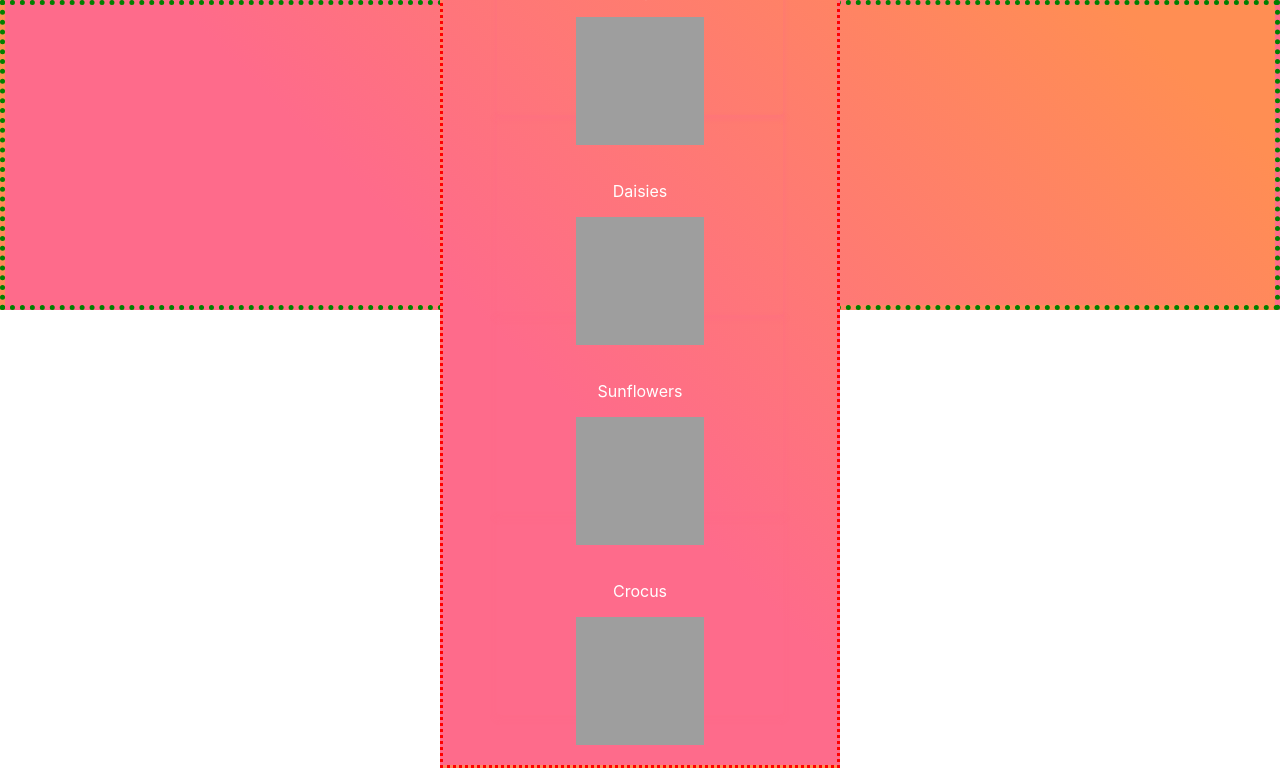
Repository: DevLuDaley/react-flower-shop
Page: /
These files come from the project's save history. The page is drawn as it stood at one moment and after the next save; the edit follows.
The browser window is 1280 px wide. The pictures show the whole page.
Pictures or frames that could not be fetched are drawn as grey boxes. The project was rebuilt for these pictures with package versions that can differ from the ones it lists, and the page was loaded fresh each time.

Above is the page before, as saved 2021-02-19 22:11:35.

After the next save:
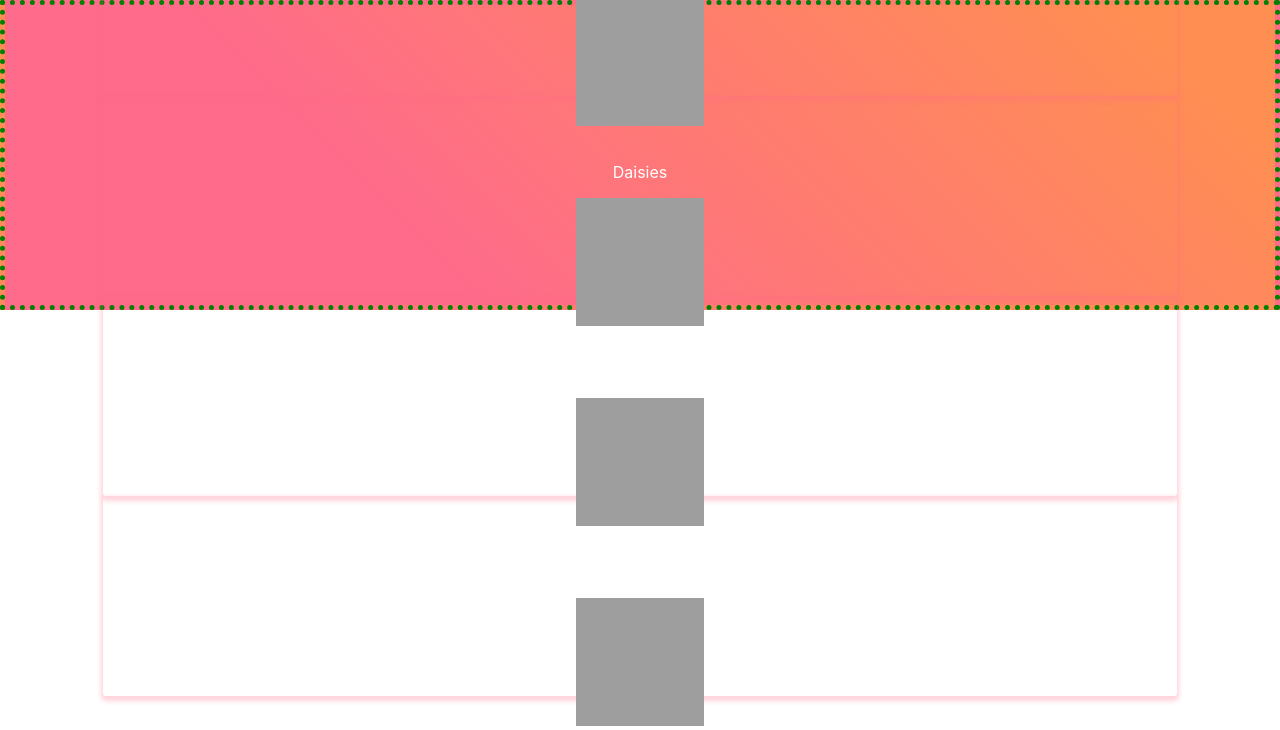
Saved 95 s later.
--- a/src/Containers/FlowersContainer.js
+++ b/src/Containers/FlowersContainer.js
@@ -33,9 +33,9 @@
     return (
 
         <Grid>
-            <Container className={classes.root}>
+            {/* <Container className={classes.root}> */}
                 <FlowerGallery/>
-            </Container>
+            {/* </Container> */}
         </Grid>
 
 

After the save that followed:
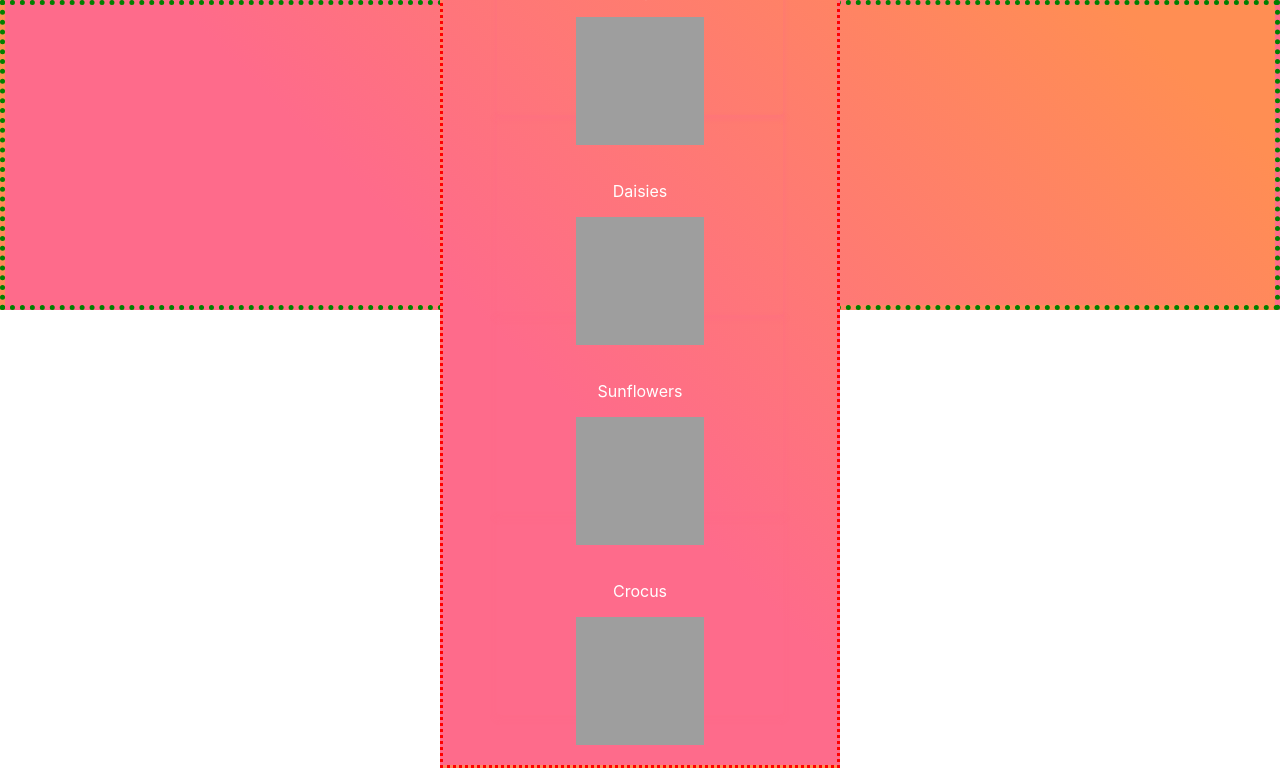
Saved 15 s later.
--- a/src/Containers/FlowersContainer.js
+++ b/src/Containers/FlowersContainer.js
@@ -33,9 +33,9 @@
     return (
 
         <Grid>
-            {/* <Container className={classes.root}> */}
+            <Container className={classes.root}>
                 <FlowerGallery/>
-            {/* </Container> */}
+            </Container>
         </Grid>
 
 
